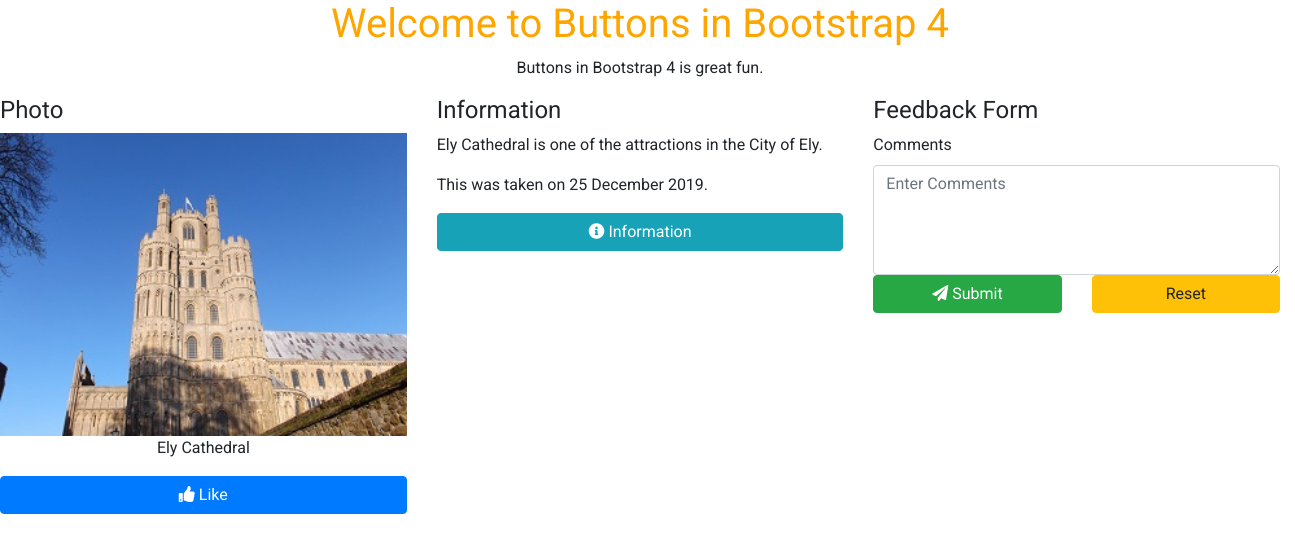
Repository: derektypist/buttons-in-bootstrap-4
Page: index.html
The author's editor kept a record of every edit. The page is drawn from the files as they stood at one moment, then again after the next edit.
The browser window is 1280 px wide. The page is 1295 px wide, so the pictures cover 1295 px, including what lies to the right of the window. The pictures show the whole page.
Some web libraries are served in a nearby version.

Above is the page before.

After the next edit:
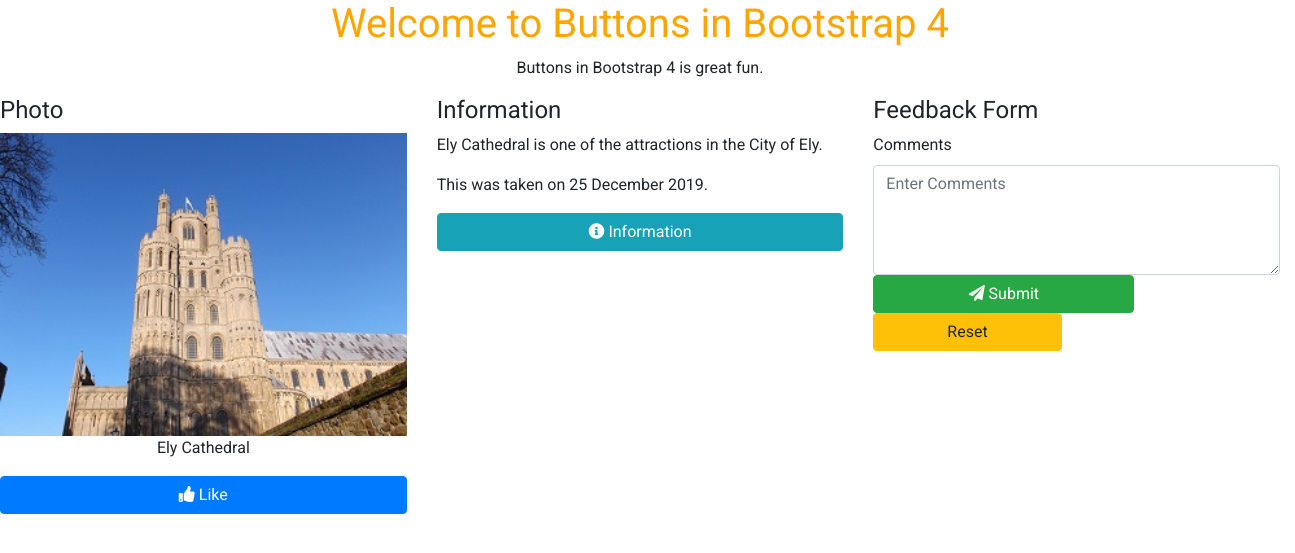
The edit:
--- a/index.html
+++ b/index.html
@@ -56,7 +56,7 @@
                     <!-- Set up Row -->
                     <article class="row">
                         <!-- Set up column for Submit Button -->
-                        <article class="col-sm-6 col-xs-6">
+                        <article class="col-sm-8 col-xs-8">
                             <button type="submit" value="Submit" class="btn btn-success btn-block" onclick="acknowledge()"><i class="fa fa-paper-plane"></i> Submit</button>
                         </article>
                         <!-- Set up column for Reset Button -->
